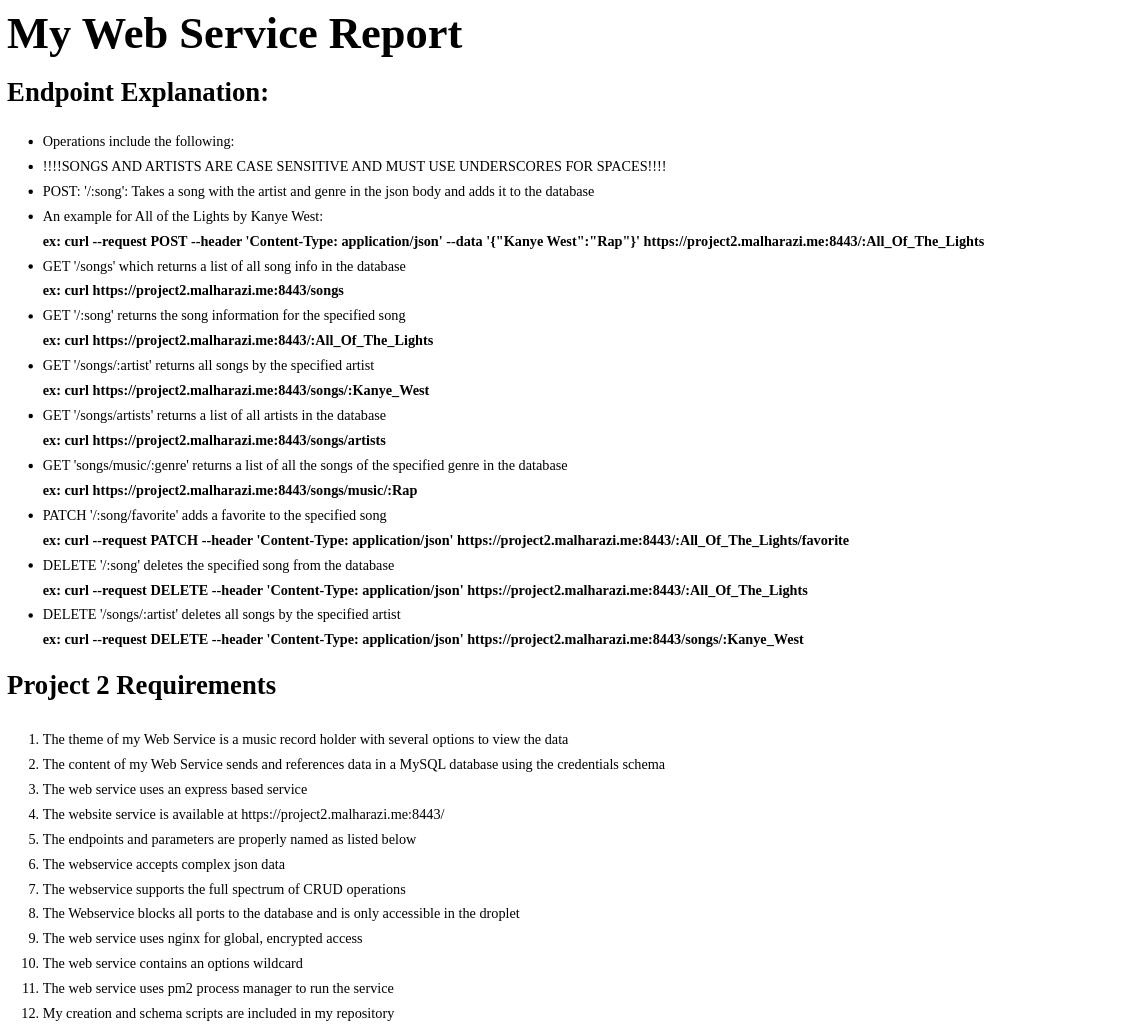
Repository: alharama/WebService
Page: report.html
An editor plug-in stored every save of this project. The page is shown before and after the next save, followed by the edit.
The browser window is 1280 px wide. The pictures show the whole page, at 89% of full size.

Above is the page before, as saved 2021-11-03 19:59:45.

### report.html
<!DOCTYPE html>
<html lang="en">
  <head>
    <title>Web Service Report</title>

    <style>
      header {
        font-size: 50px;
        font-weight: bold;
      }

      h1 {
        font-size: 30px;
        font-weight: bold;
      }

      h2 {
        font-size: 30px;
        font-weight: bold;
      }

      li {
        padding-top: 10px;
      }

      div {
        padding-top: 10px;
        list-style-type: none;
        font-weight: bold;
      }
    </style>
  </head>

  <body>
    <header>My Web Service Report</header>

    <h1>Endpoint Explanation:</h1>
    <ul>
      <li>Operations include the following:</li>
      <li>
        !!!!SONGS AND ARTISTS ARE CASE SENSITIVE AND MUST USE UNDERSCORES FOR
        SPACES!!!!
      </li>
      <li>
        POST: '/:song': Takes a song with the artist and genre in the json body
        and adds it to the database
      </li>
      <li>An example for All of the Lights by Kanye West:</li>
      <div>
        ex: curl --request POST --header 'Content-Type: application/json' --data
        '{"Kanye West":"Rap"}'
        https://project2.malharazi.me:8443/:All_Of_The_Lights
      </div>
      <li>
        GET '/songs' which returns a list of all song info in the database
      </li>

      <div>ex: curl https://project2.malharazi.me:8443/songs</div>
      <li>GET '/:song' returns the song information for the specified song</li>
      <div>ex: curl https://project2.malharazi.me:8443/:All_Of_The_Lights</div>

      <li>GET '/songs/:artist' returns all songs by the specified artist</li>
      <div>ex: curl https://project2.malharazi.me:8443/songs/:Kanye_West</div>

      <li>
        GET '/songs/artists' returns a list of all artists in the database
      </li>
      <div>ex: curl https://project2.malharazi.me:8443/songs/artists</div>
      <li>
        GET 'songs/music/:genre' returns a list of all the songs of the
        specified genre in the database
      </li>
      <div>ex: curl https://project2.malharazi.me:8443/songs/music/:Rap</div>
      <li>PATCH '/:song/favorite' adds a favorite to the specified song</li>
      <div>
        ex: curl --request PATCH --header 'Content-Type: application/json'
        https://project2.malharazi.me:8443/:All_Of_The_Lights/favorite
      </div>
      <li>DELETE '/:song' deletes the specified song from the database</li>
      <div>
        ex: curl --request DELETE --header 'Content-Type: application/json'
        https://project2.malharazi.me:8443/:All_Of_The_Lights
      </div>
      <li>DELETE '/songs/:artist' deletes all songs by the specified artist</li>
      <div>
        ex: curl --request DELETE --header 'Content-Type: application/json'
        https://project2.malharazi.me:8443/songs/:Kanye_West
      </div>
    </ul>

    <h2>Project 2 Requirements</h2>
    <ol>
      <li>
        The theme of my Web Service is a music record holder with several
        options to view the data
      </li>
      <li>
        The content of my Web Service sends and references data in a MySQL
        database using the credentials schema
      </li>
      <li>The web service uses an express based service</li>
      <li>
        The website service is available at https://project2.malharazi.me:8443/
      </li>
      <li>The endpoints and parameters are properly named as listed below</li>
      <li>The webservice accepts complex json data</li>
      <li>The webservice supports the full spectrum of CRUD operations</li>
      <li>
        The Webservice blocks all ports to the database and is only accessible
        in the droplet
      </li>
      <li>The web service uses nginx for global, encrypted access</li>
      <li>The web service contains an options wildcard</li>
      <li>The web service uses pm2 process manager to run the service</li>
      <li>My creation and schema scripts are included in my repository</li>
    </ol>
  </body>
</html>

After the next save:
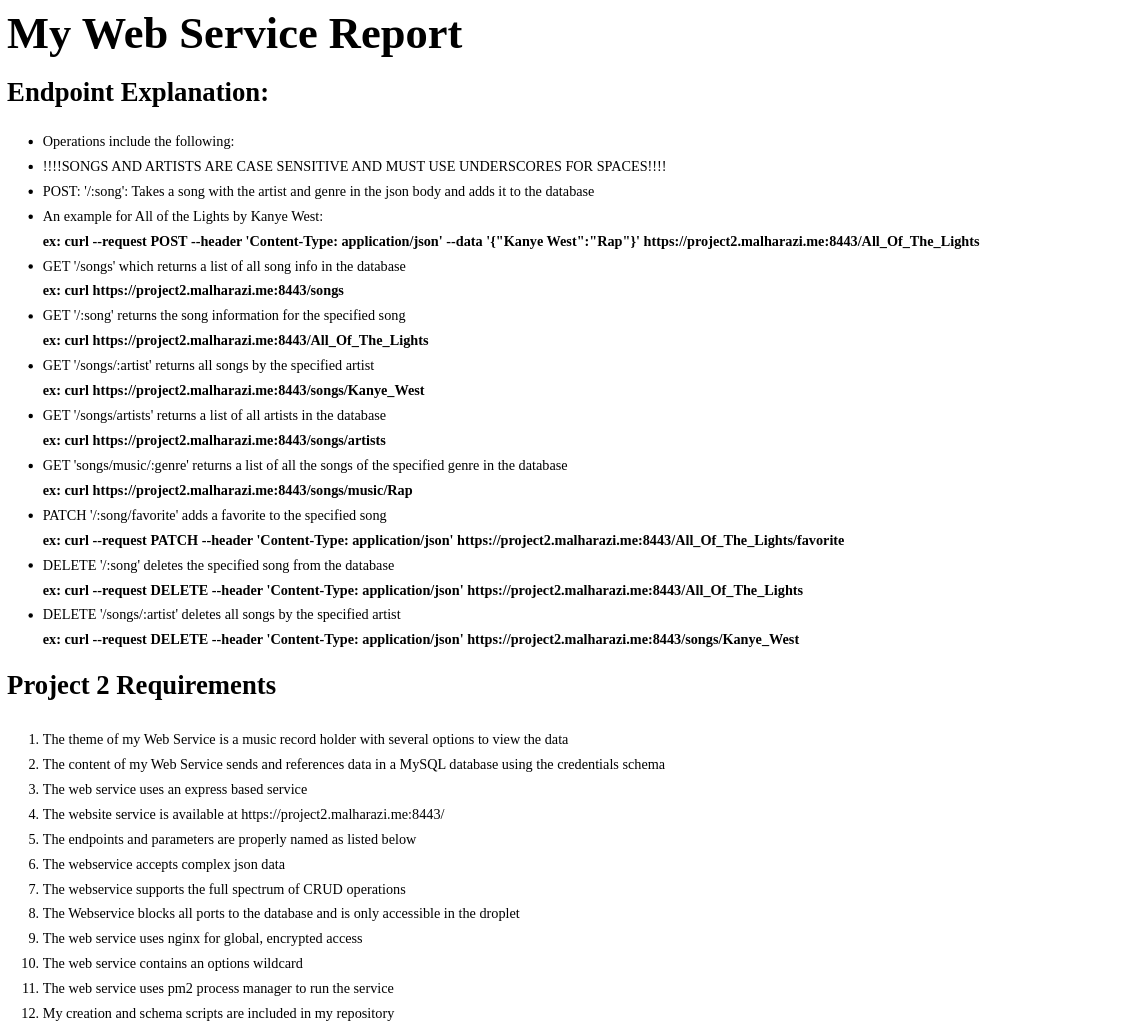
Saved 109 s later.
--- a/report.html
+++ b/report.html
@@ -49,7 +49,7 @@
       <div>
         ex: curl --request POST --header 'Content-Type: application/json' --data
         '{"Kanye West":"Rap"}'
-        https://project2.malharazi.me:8443/:All_Of_The_Lights
+        https://project2.malharazi.me:8443/All_Of_The_Lights
       </div>
       <li>
         GET '/songs' which returns a list of all song info in the database
@@ -57,10 +57,10 @@
 
       <div>ex: curl https://project2.malharazi.me:8443/songs</div>
       <li>GET '/:song' returns the song information for the specified song</li>
-      <div>ex: curl https://project2.malharazi.me:8443/:All_Of_The_Lights</div>
+      <div>ex: curl https://project2.malharazi.me:8443/All_Of_The_Lights</div>
 
       <li>GET '/songs/:artist' returns all songs by the specified artist</li>
-      <div>ex: curl https://project2.malharazi.me:8443/songs/:Kanye_West</div>
+      <div>ex: curl https://project2.malharazi.me:8443/songs/Kanye_West</div>
 
       <li>
         GET '/songs/artists' returns a list of all artists in the database
@@ -70,21 +70,21 @@
         GET 'songs/music/:genre' returns a list of all the songs of the
         specified genre in the database
       </li>
-      <div>ex: curl https://project2.malharazi.me:8443/songs/music/:Rap</div>
+      <div>ex: curl https://project2.malharazi.me:8443/songs/music/Rap</div>
       <li>PATCH '/:song/favorite' adds a favorite to the specified song</li>
       <div>
         ex: curl --request PATCH --header 'Content-Type: application/json'
-        https://project2.malharazi.me:8443/:All_Of_The_Lights/favorite
+        https://project2.malharazi.me:8443/All_Of_The_Lights/favorite
       </div>
       <li>DELETE '/:song' deletes the specified song from the database</li>
       <div>
         ex: curl --request DELETE --header 'Content-Type: application/json'
-        https://project2.malharazi.me:8443/:All_Of_The_Lights
+        https://project2.malharazi.me:8443/All_Of_The_Lights
       </div>
       <li>DELETE '/songs/:artist' deletes all songs by the specified artist</li>
       <div>
         ex: curl --request DELETE --header 'Content-Type: application/json'
-        https://project2.malharazi.me:8443/songs/:Kanye_West
+        https://project2.malharazi.me:8443/songs/Kanye_West
       </div>
     </ul>
 
